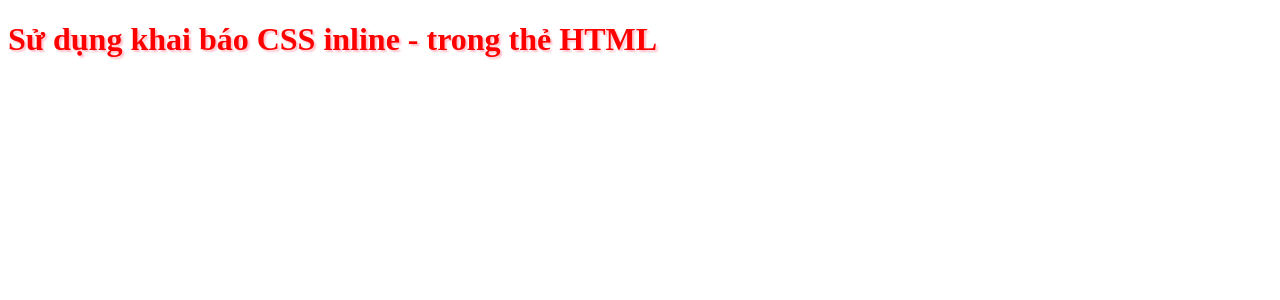
Repository: Pr-DuyTam/HTML-CSS-JS-PHP
Page: CSS/Bài Tập CSS/Bai1.html
The author's editor kept a copy of each file at every save. The page is drawn from the files as they stood at one save, then again after the next save.
The browser window is 1280 px wide. The pictures show the whole page.

Above is the page before, as saved 2023-08-03 08:35:31.

After the next save:
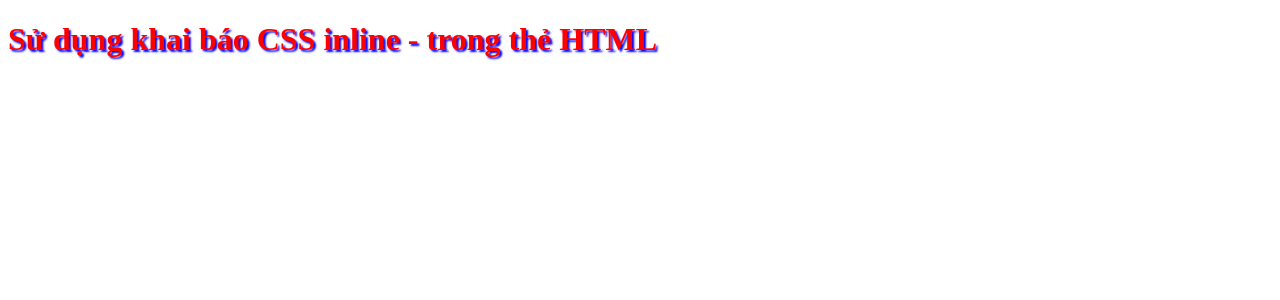
Saved 9 s later.
--- a/CSS/Bài Tập CSS/Bai1.html
+++ b/CSS/Bài Tập CSS/Bai1.html
@@ -7,7 +7,7 @@
     <style>
         h1{
             color: red;
-            text-shadow: 2px 2px 2px pink;
+            text-shadow: 2px 2px 2px blue;
         }
     </style>
 </head>
